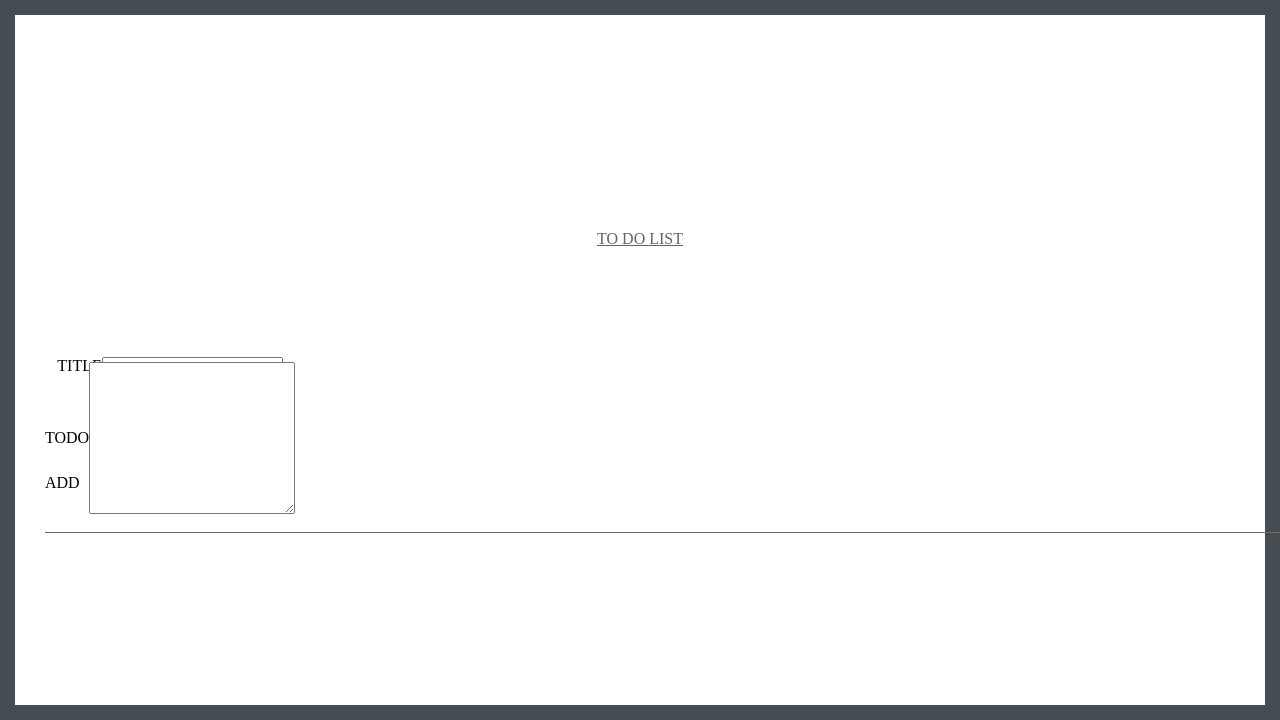
Repository: NagataRyuji0630/shinjin-otameshi
Page: todo_white_board.html
The author's editor kept a copy of each file at every save. The page is drawn from the files as they stood at one save, then again after the next save.
The browser window is 1280 px wide. The pictures show the whole page.

Above is the page before, as saved 2020-06-11 22:40:27.
Not found: todoWhiteBoard.js

After the next save:
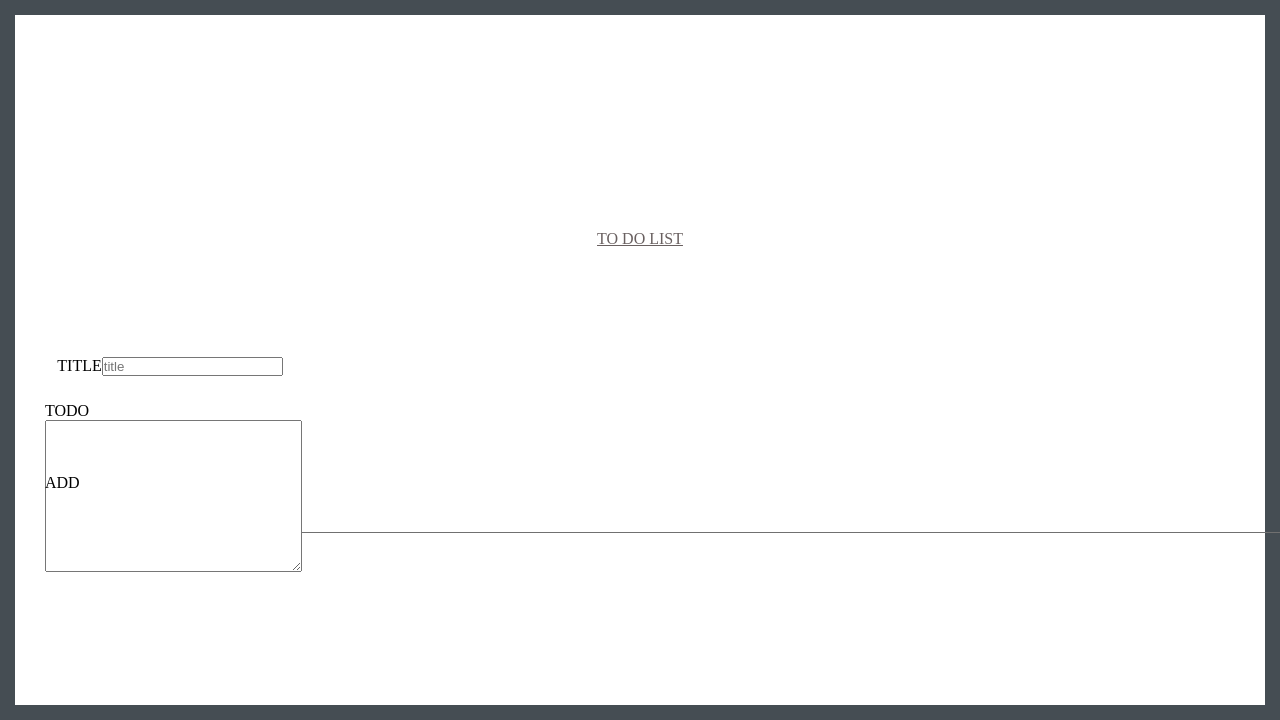
Saved 10 s later.
--- a/todo_white_board.css
+++ b/todo_white_board.css
@@ -39,17 +39,11 @@
     width: 100%;
     height: 100%;
     border: 15px solid #454D53;
-    display: flex;
-    justify-content: center;
-    flex-direction: column;
 }
 
 #board_title_container {
     width: auto;
     height: 15%;
-    display: flex;
-    justify-content: center;
-    align-items: center;
 }
 
 #board_title {
@@ -65,15 +59,9 @@
     height: 35%;
     margin-left: 30px;
     border-bottom: 1px solid #707070;
-    display: flex;
-    justify-content: center;
-    flex-direction: column;
 }
 
 .input_content {
     width: 20%;
     height: 30%;
-    display: flex;
-    justify-content: center;
-    align-items: center;
 }

After the save that followed:
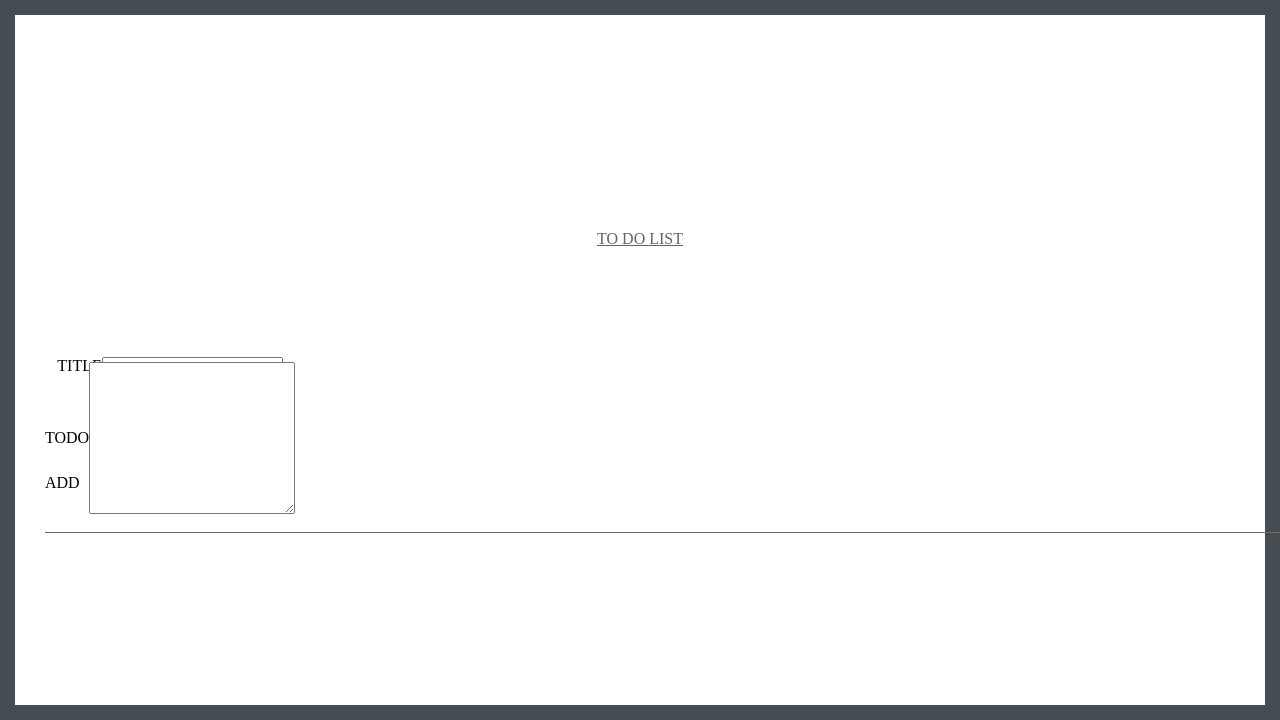
Saved 26 s later.
--- a/todo_white_board.html
+++ b/todo_white_board.html
@@ -26,7 +26,7 @@
                 <input id="todo_title" type="text" placeholder="title" />
             </div>
 
-            <div class="input_content">
+            <div class="input_content display_flex_all">
                 <div class="input_title">TODO</div>
                 <textarea id="todo_detail" cols="30" rows="10"></textarea>
             </div>
